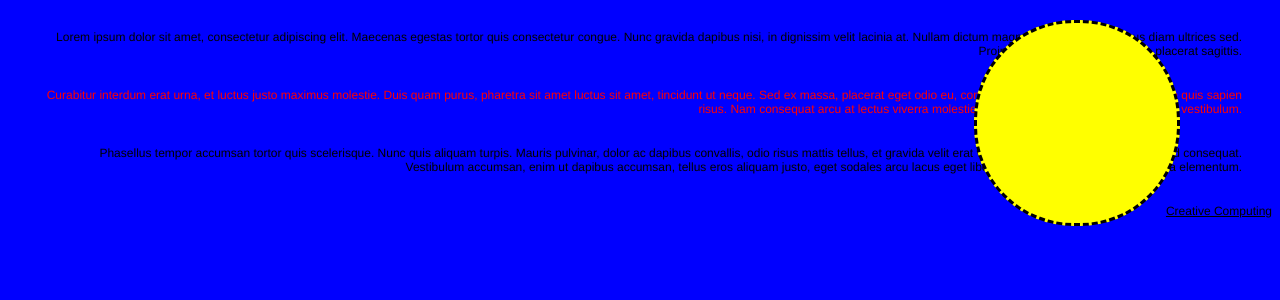
Repository: Nnetterz/Nnetterz.github.io
Page: index.html
The author's editor kept a record of every edit. The page is drawn from the files as they stood at one moment, then again after the next edit.
The browser window is 1280 px wide. The pictures show the whole page.
The pointer rests on the first visible `a`.

Above is the page before.

After the next edit:
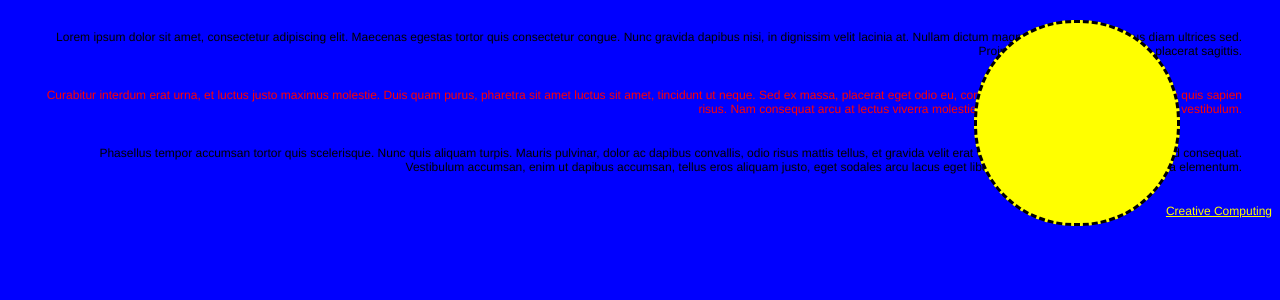
The edit:
--- a/style.css
+++ b/style.css
@@ -35,5 +35,5 @@
 }
 
 a:hover {
-    color: black;
+    color: yellow;
 }
